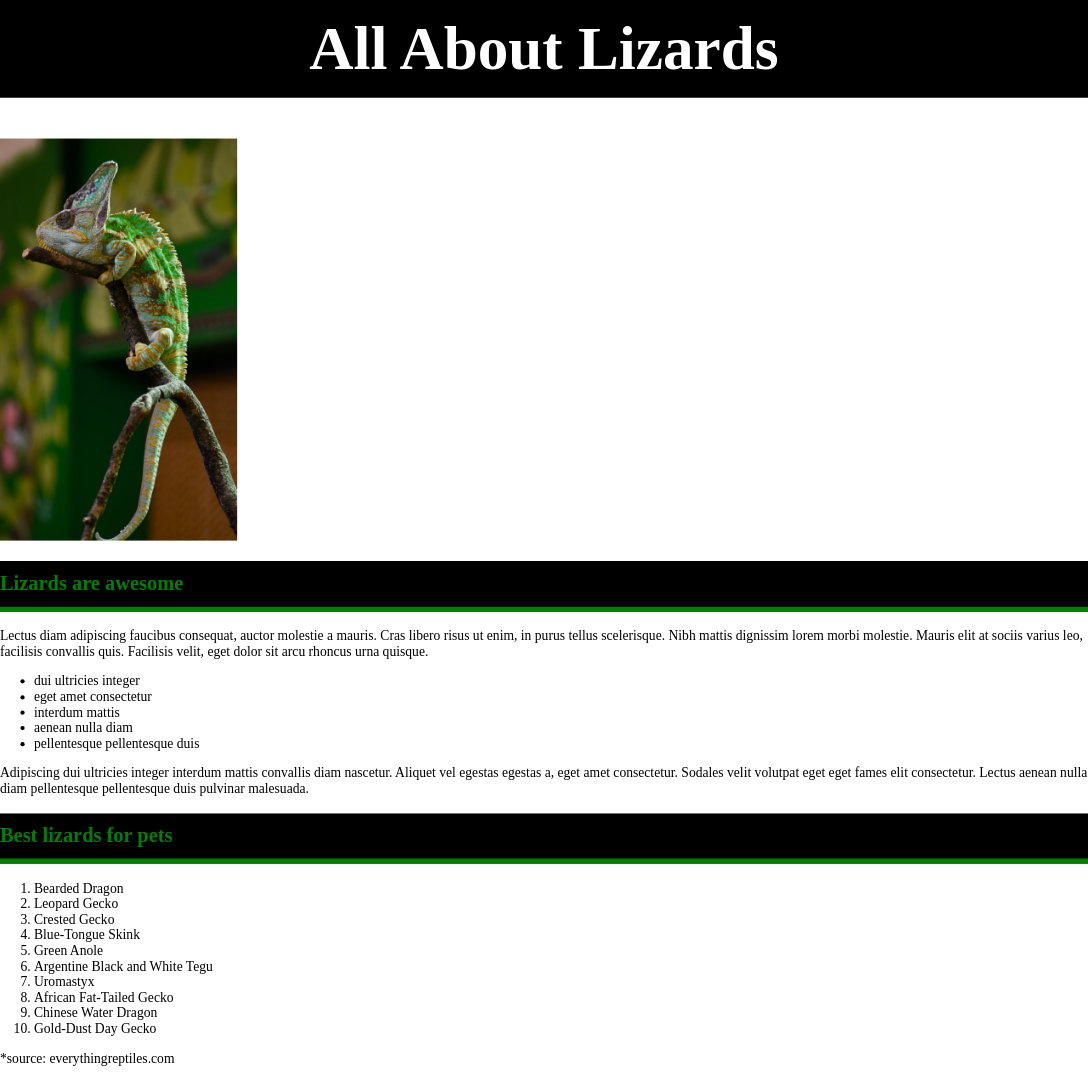
Repository: Doumham-Armah/lizards-landing--page
Page: index.html
These files come from the project's save history. The page is drawn as it stood at one moment and after the next save; the edit follows.
The browser window is 1280 px wide. The pictures show the whole page, at 85% of full size.

Above is the page before, as saved 2021-08-10 13:58:34.

### index.html
<!DOCTYPE html>
<html>
  <head>
    <link
      rel="stylesheet"
      href="https://cdnjs.cloudflare.com/ajax/libs/normalize/8.0.1/normalize.css"
    />
    <title>All about lizards</title>
    <link href="css/style.css" rel="stylesheet" />
  </head>
  <body>
    <header>
      <h1>All About Lizards</h1>
    </header>

    <main>
      <section class="main-content">
        <img src="images/chameleon.jpg" alt="a chameleon climbing a branch" />

        <h2 class="subheading">Lizards are awesome</h2>
        <p>
          Lectus diam adipiscing faucibus consequat, auctor molestie a mauris.
          Cras libero risus ut enim, in purus tellus scelerisque. Nibh mattis
          dignissim lorem morbi molestie. Mauris elit at sociis varius leo,
          facilisis convallis quis. Facilisis velit, eget dolor sit arcu rhoncus
          urna quisque.
        </p>

        <!-- insert the unordered list here -->
        <ul>
          <li>dui ultricies integer</li>
          <li>eget amet consectetur</li>
          <li>interdum mattis</li>
          <li>aenean nulla diam</li>
          <li>pellentesque pellentesque duis</li>
        </ul>

        <p>
          Adipiscing dui ultricies integer interdum mattis convallis diam
          nascetur. Aliquet vel egestas egestas a, eget amet consectetur.
          Sodales velit volutpat eget eget fames elit consectetur. Lectus aenean
          nulla diam pellentesque pellentesque duis pulvinar malesuada.
        </p>
      </section>

      <aside class="sidebar">
        <h2 class="subheading">Best lizards for pets</h2>
        <!-- insert the ordered list here -->
        <ol>
          <li>Bearded Dragon</li>
          <li>Leopard Gecko</li>
          <li>Crested Gecko</li>
          <li>Blue-Tongue Skink</li>
          <li>Green Anole</li>
          <li>Argentine Black and White Tegu</li>
          <li>Uromastyx</li>
          <li>African Fat-Tailed Gecko</li>
          <li>Chinese Water Dragon</li>
          <li>Gold-Dust Day Gecko</li>
        </ol>
        <p>*source: everythingreptiles.com</p>
      </aside>
    </main>
  </body>
</html>

### css/style.css
body {
  margin: 0;
}

h1 {
  background-color: black;
  color: white;
  text-align: center;
  padding: 1rem 0rem;
  margin-top: 0;
  font-size: 4.5rem;
}

.subheading {
  background-color: black;
  color: green;
  padding: 0.8rem 0rem;
  border-bottom: 0.4rem green solid;
}

After the next save:
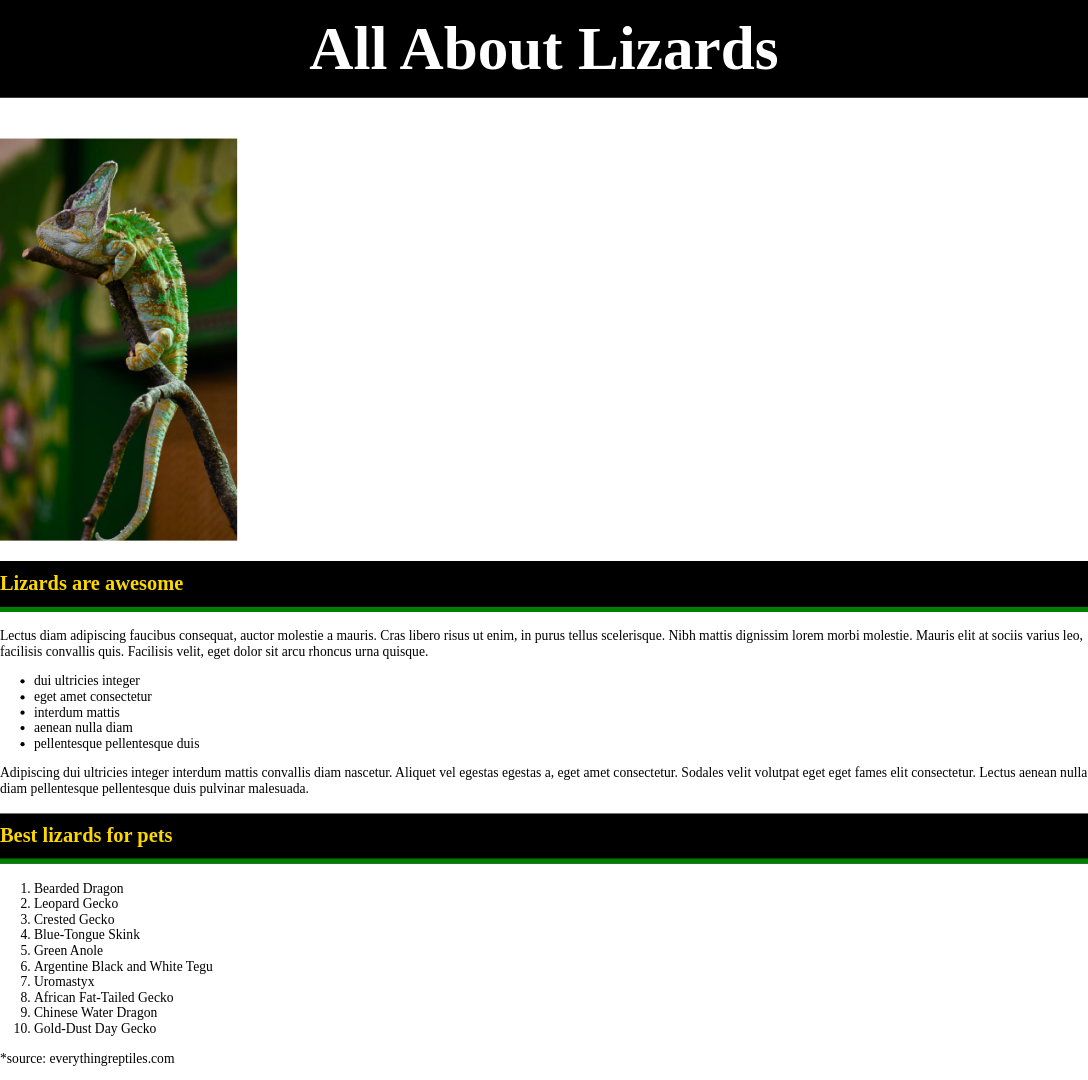
Saved 36 s later.
--- a/css/style.css
+++ b/css/style.css
@@ -13,7 +13,7 @@ h1 {
 
 .subheading {
   background-color: black;
-  color: green;
+  color: #fcd801;
   padding: 0.8rem 0rem;
   border-bottom: 0.4rem green solid;
 }
